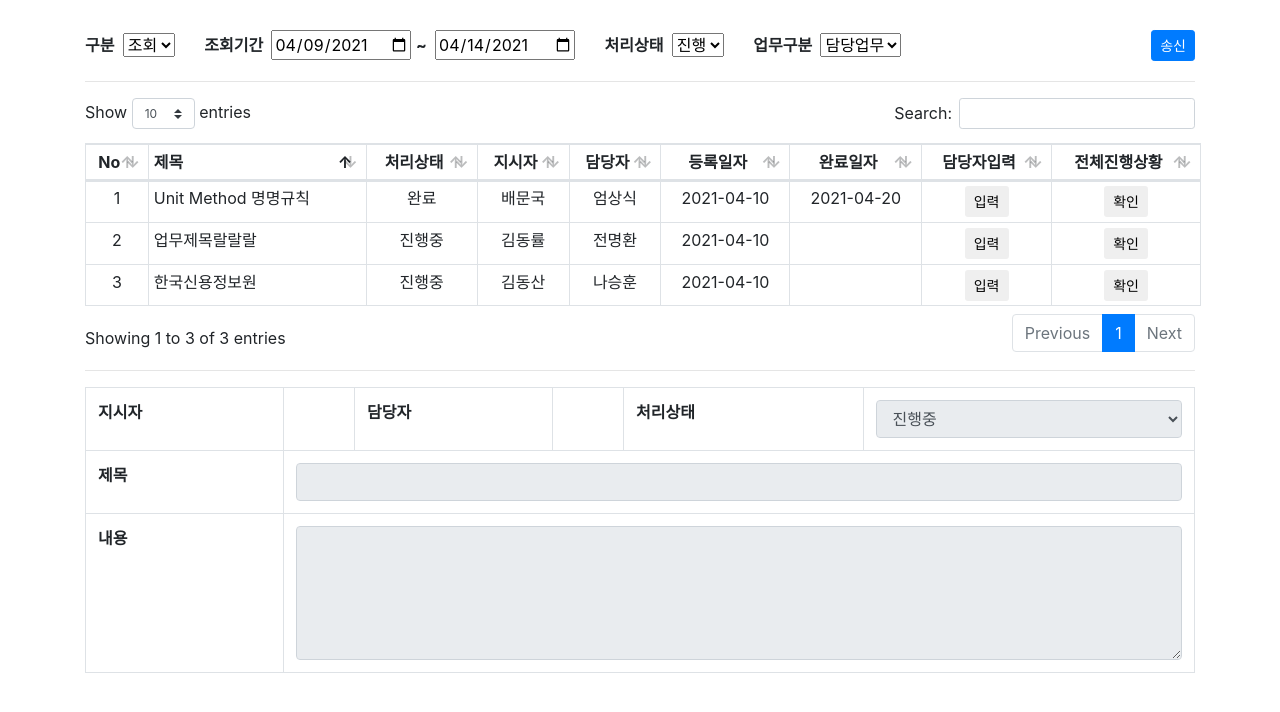
Repository: jungtaeyong/FSB_Project
Page: http://localhost/FsbJobMgt/main.jsp
An editor plug-in stored every save of this project. The page is shown before and after the next save, followed by the edit.
The browser window is 1280 px wide. The pictures show the whole page.
The page is served by Tomcat 9.

Above is the page before, as saved 2021-04-15 08:18:38.

### FsbJobMgt/WebContent/main.jsp
<%@ page language="java" contentType="text/html; charset=EUC-KR" pageEncoding="EUC-KR"%>
<%@ include file="/modal1_Adding.jsp" %>

<!DOCTYPE html PUBLIC "-//W3C//DTD HTML 4.01 Transitional//EN" "http://www.w3.org/TR/html4/loose.dtd">
<html>
<head>
<meta http-equiv="Content-Type" content="text/html; charset=EUC-KR">
<title>업무 관리</title>
</head>
<body>
<!-- jquery  -->
<script type="text/javascript" src="js/jquery-3.6.0.min.js"></script>

<!-- bootstrap -->
<link rel="stylesheet" type="text/css" href="lib/Bootstrap-4-4.1.1/css/bootstrap.min.css"/>
<script type="text/javascript" src="lib/Bootstrap-4-4.1.1/js/bootstrap.min.js"></script>

<!-- datatables -->
<link rel="stylesheet" type="text/css" href="lib/DataTables-1.10.24/css/dataTables.bootstrap4.min.css"/>
<script type="text/javascript" src="lib/DataTables-1.10.24/js/jquery.dataTables.min.js"></script>
<script type="text/javascript" src="lib/DataTables-1.10.24/js/dataTables.bootstrap4.min.js"></script>
<script>
$(document).ready(function() {
	/* 초기 조회 조건 세팅 */
	$('#REQUEST_TYPE').val('1'); //구분
	$('#BZWR_STS').val('01'); //처리상태
	$('#BZWR_DSTC').val('2'); //업무구분

	let befor7days= new Date();
	befor7days.setDate(befor7days.getDate()-5);
	document.getElementById('FROM_DATE').valueAsDate = befor7days; //FROM_DATE
	document.getElementById('TO_DATE').valueAsDate = new Date(); //TO_DATE

	/* 테이블 초기 로딩 */
	setTable();

	/* 송신버튼 */
	$('#action_submit').click(function(){
		let dvcd = $('#REQUEST_TYPE').val();
		if(dvcd=='1'){
			alert('조회');
			setTable();
		}else if(dvcd=='2'){
			alert('등록');
			createNewJob();
		}else if(dvcd=='3'){
			alert('변경');
			updateJob();
		}
	});

	/* 구분 변경 이벤트 처리 */
	$('#REQUEST_TYPE').change(function() {
		let dvcd = $('#REQUEST_TYPE').val();
		if(dvcd=='1'){
			$('#BZWR_EXC_CHGR_BTN').hide();
			$('#BZWR_STS_2').attr("disabled",true);
			$('#BZWR_TTL').attr("disabled",true);
			$('#BZWR_CNTN').attr("disabled",true);
		}else if(dvcd=='2'){
			$('#BZWR_INDC_CHGR').text('로그인 유저');
			$('#BZWR_EXC_CHGR').text('');
			$('#BZWR_EXC_CHGR_BTN').show();
			$('#BZWR_STS_2').attr("disabled",true);
			$('#BZWR_TTL').val("");
			$('#BZWR_CNTN').val("");
			$('#BZWR_TTL').removeAttr("disabled");
			$('#BZWR_CNTN').removeAttr("disabled");
		}else if(dvcd=='3'){
			$('#BZWR_EXC_CHGR_BTN').show();
			$('#BZWR_STS_2').removeAttr("disabled");
			$('#BZWR_TTL').removeAttr("disabled");
			$('#BZWR_CNTN').removeAttr("disabled");
		}
	});

} );

/* 테이블 데이터 로딩 및 기능 세팅 */
function setTable(){
	/* 테이블 데이터 로딩 */
	let jobList = $('#job_list').DataTable( {
        ajax : {
        	url : 'lib/testJson2.json',
        	data : {
        		REQUEST_TYPE:$('#REQUEST_TYPE').val(),
        		FROM_DATE:$('#FROM_DATE').val(),
        		TO_DATE:$('#TO_DATE').val(),
        		BZWR_STS:$('#BZWR_STS').val(),
        		BZWR_DSTC:$('#BZWR_DSTC').val()
        	}
        },
        columns : [
			{data: null },
			{data: "BZWR_TTL" },
            {data: "BZWR_STS", render : function ( data, type, row, meta ) {
            	if(data=="01"){
            		return '진행중';
            	}else if(data=="02"){
            		return '완료';
            	}
            }},
            {data: "BZWR_INDC_CHGR_TXT" },
            {data: "BZWR_EXC_CHGR_TXT" },
            {data: "BZWR_REG_DT" },
            {data: "BZWR_CMPL_DT" },
            {data: null , render : function ( data, type, row, meta ) {
                return '<button name="first_btn" class="btn btn-sm btn-default">입력</button>'
            }},
            {data: null , render : function ( data, type, row, meta ) {
                return '<button name="second_btn" class="btn btn-sm btn-default">확인</button>'
            }}
        ],
        columnDefs: [{ className: 'text-center', targets: [0,2,3,4,5,6,7,8] }],
        order: [[ 1, 'asc' ]]
    } );

	/* 테이블 Index 생성을 위한 함수 */
	jobList.on( 'order.dt search.dt', function () {
		jobList.column(0, {search:'applied', order:'applied'}).nodes().each( function (cell, i) {
            cell.innerHTML = i+1;
        } );
    } ).draw();

	/* 테이블 클릭 이벤트  -> 클릭한 row에 해당하는 데이터를 상세 정보에 보여줌*/
	$('#job_list tbody').on('click', 'td:nth-child(-n+7)', function () {
		let data = jobList.row( this ).data();
        console.log(data);

		if($('#REQUEST_TYPE').val()!='2'){ //"구분-등록" 상태면 반응 없음.
	        $('#BZWR_INDC_CHGR').text(data.BZWR_INDC_CHGR_TXT); //지시자
	        $('#BZWR_EXC_CHGR').text(data.BZWR_EXC_CHGR_TXT); //담당자
	        $('#BZWR_STS_2').val(data.BZWR_STS); //처리상태(업무상태)
	        $('#BZWR_TTL').val(data.BZWR_TTL); //제목
	        $('#BZWR_CNTN').val(data.BZWR_CNTN); //내용
	        if($('#REQUEST_TYPE').val()=='1' || data.BZWR_STS=='02'){
	        	$('#BZWR_EXC_CHGR_BTN').hide();
				$('#BZWR_STS_2').attr("disabled",true);
				$('#BZWR_TTL').attr("disabled",true);
				$('#BZWR_CNTN').attr("disabled",true);
	        }else{
	        	$('#BZWR_EXC_CHGR_BTN').show();
				$('#BZWR_STS_2').removeAttr("disabled");
				$('#BZWR_TTL').removeAttr("disabled");
				$('#BZWR_CNTN').removeAttr("disabled");
	        }
		}
    } );

	/* 선택된  row 하이라이트 */
	$('#job_list tbody').on('click', 'tr', function() {
		$('#job_list tbody > tr').css('background-color','#ffffff');
		$(this).css('background-color','#f0f5f5');
	});

	/* 테이블 버튼 이벤트(담당자입력) */
	$('#job_list tbody').on( 'click', 'button[name="first_btn"]', function () {
        let data = jobList.row( $(this).parents('tr') ).data();
		//console.log("First Button",data);
		setData(data); //모달 페이지로 데이터를 전달하기 위한 함수
		$('#exampleModal').modal();
    } );

	/* 테이블 버튼 이벤트(전체진행상황) */
	$('#job_list tbody').on( 'click', 'button[name="second_btn"]', function () {
        let data = jobList.row( $(this).parents('tr') ).data();
		//console.log("Second Button",data);
        setData(data); //모달 페이지로 데이터를 전달하기 위한 함수
		$('#exampleModalCenter').modal();
    } );
}

/* 등록 */
function createNewJob(){
	$.ajax({
		url:'',
		dataType:'application/json',
		data : {
			REQUEST_TYPE:$('#REQUEST_TYPE').val(), //구분(조회,등록,변경)
			BZWR_DSTC:$('#BZWR_DSTC').val(), //업무구분
			BZWR_INDC_CHGR:'로그인 유저', //업무지시담당자
			BZWR_EXC_CHGR:'담당자', //업무수행담당자
			BZWR_STS:'1', //업무상태 (등록 시 진행으로 세팅)
			BZWR_TTL:$('#BZWR_TTL').val(), //업무제목
			BZWR_CNTN:$('#BZWR_CNTN').val() //업무내용
		},
		success:function(data){
			alert('등록 되었습니다.');
	   }
	})
}

/* 변경 */
function updateJob(){
	$.ajax({
		url:'',
		dataType:'application/json',
		data : {
			REQUEST_TYPE:$('#REQUEST_TYPE').val(), //구분(조회,등록,변경)
			BZWR_DSTC:$('#BZWR_DSTC').val(), //업무구분
			BZWR_EXC_CHGR:'담당자', //업무수행담당자
			BZWR_STS:$('#BZWR_STS_2').val(), //업무상태
			BZWR_TTL:$('#BZWR_TTL').val(), //업무제목
			BZWR_CNTN:$('#BZWR_CNTN').val() //업무내용
		},
		success:function(data){
			alert('변경 되었습니다.');
	   }
	})
}

</script>
<div class="container" style="margin-top:30px">
	<!-- 조회 조건 -->
	<div>
		<div>
			<label style="font-weight:bold;">구분&nbsp;</label>
			<select id="REQUEST_TYPE" style="margin-right:25px">
			    <option value="1">조회</option>
			    <option value="2">등록</option>
			    <option value="3">변경</option>
			</select>
			<label style="font-weight:bold">조회기간&nbsp;</label>
			<input type="date" id="FROM_DATE" style="width:140px" value=""/>
			<label style="font-weight:bold">~&nbsp;</label>
			<input type="date" id="TO_DATE" value=""  style="margin-right:25px;width:140px"/>
			<label style="font-weight:bold;">처리상태&nbsp;</label>
			<select id="BZWR_STS" style="margin-right:25px">
			    <option value="01">진행</option>
			    <option value="02">완료</option>
			    <option value="03">전체</option>
			</select>
			<label style="font-weight:bold;">업무구분&nbsp;</label>
			<select id="BZWR_DSTC">
			    <option value="1">지시업무</option>
			    <option value="2">담당업무</option>
			</select>
			<input type='button' id="action_submit" class="btn btn-sm btn-primary" style="float:right" value='송신'/>
		</div>
	</div>
	<hr/>
	<!-- 목록 -->
	<div>
		<table id="job_list" class="table table-sm table-bordered">
	        <thead>
	            <tr>
	            	<th>No</th>
	                <th>제목</th>
	                <th>처리상태</th>
	                <th>지시자</th>
	                <th>담당자</th>
	                <th>등록일자</th>
	                <th>완료일자</th>
	                <th>담당자입력</th>
	                <th>전체진행상황</th>
	            </tr>
	        </thead>
	    </table>
	</div>
	<hr/>
	<!-- 상세 -->
	<div>
		<table class="table table-bordered display">
			<tr>
				<th>지시자</th>
				<td id="BZWR_INDC_CHGR"></td>
				<th>담당자</th>
				<td>
					<span id="BZWR_EXC_CHGR"></span>
					<button id="BZWR_EXC_CHGR_BTN" class="btn btn-sm btn-info" style="display:none">선택</button>
				</td>
				<th>처리상태</th>
				<td>
					<select id="BZWR_STS_2" class="form-control input-sm" disabled>
					    <option value="01">진행중</option>
					    <option value="02">완료</option>
					</select>
				</td>
			</tr>
			<tr>
				<th>제목</th><td colspan="5"><input type="text" id="BZWR_TTL" class="form-control input-sm" disabled/></td>
			</tr>
			<tr>
				<th>내용</th><td colspan="5"><textarea ID="BZWR_CNTN" class="form-control input-sm" rows="5" disabled></textarea></td>
			</tr>
		</table>
	</div>
</div>
</body>
</html>

### FsbJobMgt/WebContent/modal1_Adding.jsp
<%@ page language="java" contentType="text/html; charset=EUC-KR"
    pageEncoding="EUC-KR"%>
<!DOCTYPE html>

<html lang="en">
  <head>
    <!-- Required meta tags -->
    <meta charset="utf-8">
    <meta name="viewport" content="width=device-width, initial-scale=1, shrink-to-fit=no">

	<!-- jquery  -->
	<script type="text/javascript" src="js/jquery-3.6.0.min.js"></script>

	<!-- bootstrap -->
	<link rel="stylesheet" type="text/css" href="lib/Bootstrap-4-4.1.1/css/bootstrap.min.css"/>
	<script type="text/javascript" src="lib/Bootstrap-4-4.1.1/js/bootstrap.min.js"></script>




<!--     드롭다운 style -->
    <style>
	.dropbtn {
	  background-color: #4CAF50;
	  color: white;
	  padding: 16px;
	  font-size: 16px;
	  border: none;
	}

	.dropdown {
	  position: relative;
	  display: inline-block;
	}

	.dropdown-content {
	  display: none;
	  position: absolute;
	  background-color: #f1f1f1;
	  min-width: 160px;
	  box-shadow: 0px 8px 16px 0px rgba(0,0,0,0.2);
	  z-index: 1;
	}

	.dropdown-content a {
	  color: black;
	  padding: 12px 16px;
	  text-decoration: none;
	  display: block;
	}

	.dropdown-content a:hover {background-color: #ddd;}

	.dropdown:hover .dropdown-content {display: block;}

	.dropdown:hover .dropbtn {background-color: #3e8e41;}
	</style>

  </head>
  <script>
	function setData(data){
		let dataObjFromMain; //dataObjFromMain.JOB_CD 처럼 접근해서 사용.
		dataObjFromMain=data;
		console.log('dataObjFromMain',dataObjFromMain); //확인용

		/* 여기에 DB에 데이터 요청하고 받아오고 view에 적용하는 로직 작성 */
	}
  </script>
  <body>
    <!--
    <h1>In Page</h1>
	<button type="button" class="btn btn-primary" data-toggle="modal" data-target="#exampleModal" data-whatever="@mdo">담당자 추가</button>
	-->


	<!-- 	### 담당자 추가 -->
	<div class="modal fade" id="exampleModal" tabindex="-1" role="dialog" aria-labelledby="exampleModalLabel" aria-hidden="true">
	  <div class="modal-dialog" role="document">
	    <div class="modal-content">
	      <div class="modal-header">
	        <h5 class="modal-title" id="exampleModalLabel">담당자 추가</h5>
	        <button type="button" class="close" data-dismiss="modal" aria-label="Close">
	          <span aria-hidden="true">&times;</span>
	        </button>
	      </div>

	      <div class="modal-body">
		    <b>최초 지시자&emsp;</b> <em>OOO</em>
		    &emsp;&emsp;&emsp;&emsp;&emsp;
		    <b>현재 담당자&emsp;</b> <em>OOO</em>

	     	<br/><br/>

			<table>
				<tr><!--행(row)선언-->
	                <th><b>추가 담당자</b></th>


	                	<!-- <input type="text" name = "UserID" value="" placeholder = "담당자 입력" style="width:100px; right:30%;"/> -->
	                	<!-- <input type="text" class="form-control" id="recipient-name" style="width:100px; padding-left:10px"> -->
	                	<td>
	                	&emsp;
	                		<select name="solar_birth_yn" id="solar_birth_yn">
		                		<option value="none">부 서</option>
		 				       	<option value="1">IT</option>
					       	 	<option value="2">일반본부</option>
					   		</select>
					   	&emsp;
					   		<select name="solar_birth_yn" id="solar_birth_yn">
		                		<option value="none">팀</option>
		 				       	<option value="1">계정운영팀</option>
					       	 	<option value="2">계정개발팀</option>
					   		</select>
					   	&emsp;
					   		<select name="solar_birth_yn" id="solar_birth_yn">
		                		<option value="none">사원</option>
		 				       	<option value="1">홍길동</option>
					       	 	<option value="2">김동율</option>
					   		</select>
					    </td>

	                <!-- <th rowspan="2"><input type="submit" value="로그인"/></th> -->
        	    </tr>
			</table>


			<hr>

	        <form>
	          <div class="form-group">
	            <label for="recipient-name" class="col-form-label">제 목</label>
	            <input type="text" class="form-control" id="recipient-name">
	          </div>
	          <div class="form-group">
	            <label for="message-text" class="col-form-label">내 용</label>
	            <textarea class="form-control" id="message-text" style="height:100px"></textarea>
	          </div>
	        </form>
	      </div>

	      <div class="modal-footer">
	        <button type="button" class="btn btn-secondary" data-dismiss="modal">닫기</button>
	        <button type="button" class="btn btn-primary">등록</button>
	      </div>
	    </div>
	  </div>
	</div>

	<!-- 	### 지시현황 체크 -->
		<!-- Button trigger modal -->
	<!--
	<button type="button" class="btn btn-primary" data-toggle="modal" data-target="#exampleModalCenter">
	  지시현황
	</button>
	-->

	<!-- Modal -->
	<div class="modal fade" id="exampleModalCenter" tabindex="-1" role="dialog" aria-labelledby="exampleModalCenterTitle" aria-hidden="true">
	  <div class="modal-dialog modal-dialog-centered" role="document">
	    <div class="modal-content">
	      <div class="modal-header">
	        <h5 class="modal-title" id="exampleModalCenterTitle">지시현황</h5>
	        <button type="button" class="close" data-dismiss="modal" aria-label="Close">
	          <span aria-hidden="true">&times;</span>
	        </button>
	      </div>

	      <div class="modal-body">
		     <table class="table">
				 <thead>
				   <tr>
				      <th>지시자</th>
				      <th>담당자</th>
				      <th>처리 상태</th>
   				      <th>지시 일자</th>
				   </tr>
				 </thead>
				 <tbody>
				   <tr>
				      <td>John</td>
				      <td>Doe</td>
				      <td>진행중</td>
				      <td>2021.03.01</td>
				   </tr>
				   <tr>
				      <td>Doe</td>
				      <td>Moe</td>
				      <td>진행중</td>
   				      <td>2021.04.02</td>
				   </tr>
				   <tr>
				      <td>Moe</td>
				      <td>Ryul</td>
				      <td>완료</td>
				      <td>2021.04.10</td>
				   </tr>
				 </tbody>
			</table>
	      </div>

	      <div class="modal-footer">
	        <button type="button" class="btn btn-secondary" data-dismiss="modal">닫기</button>
	      </div>
	    </div>
	  </div>
</div>




 </body>
</html>

### FsbJobMgt/WebContent/lib/testJson2.json
{
  "data": [
    {
      "BZWR_DSTC": "1",
      "JOB_CD": "20210410123456",
      "SQNO": "1",
      "BZWR_STS": "01",
      "BZWR_REG_DT": "2021-04-10",
      "BZWR_CMPL_DT": "",
      "BZWR_INDC_CHGR": "221001",
      "BZWR_INDC_CHGR_TXT": "김동률",
      "BZWR_EXC_CHGR":"221002",
      "BZWR_EXC_CHGR_TXT":"전명환",
      "BZWR_TTL":"업무제목랄랄랄",
      "BZWR_CNTN":"업무내용호롤롤롤"
    },
    {
      "BZWR_DSTC": "1",
      "JOB_CD": "20210410153215",
      "SQNO": "2",
      "BZWR_STS": "01",
      "BZWR_REG_DT": "2021-04-10",
      "BZWR_CMPL_DT": "",
      "BZWR_INDC_CHGR": "221001",
      "BZWR_INDC_CHGR_TXT": "김동산",
      "BZWR_EXC_CHGR":"221002",
      "BZWR_EXC_CHGR_TXT":"나승훈",
      "BZWR_TTL":"한국신용정보원",
      "BZWR_CNTN":"일반신용정보관리규약 실무 해설"
    },
    {
      "BZWR_DSTC": "1",
      "JOB_CD": "20210410095031",
      "SQNO": "3",
      "BZWR_STS": "02",
      "BZWR_REG_DT": "2021-04-10",
      "BZWR_CMPL_DT": "2021-04-20",
      "BZWR_INDC_CHGR": "221001",
      "BZWR_INDC_CHGR_TXT": "배문국",
      "BZWR_EXC_CHGR":"221002",
      "BZWR_EXC_CHGR_TXT":"엄상식",
      "BZWR_TTL":"Unit Method 명명규칙",
      "BZWR_CNTN":"피대문자 어플리케이션코드 세자리 대문자 업무구분코드"
    }
 ]
}

Loaded but not shown: FsbJobMgt/WebContent/js/jquery-3.6.0.min.js (library); FsbJobMgt/WebContent/lib/Bootstrap-4-4.1.1/css/bootstrap.min.css (library); FsbJobMgt/WebContent/lib/Bootstrap-4-4.1.1/js/bootstrap.min.js (library); FsbJobMgt/WebContent/lib/DataTables-1.10.24/css/dataTables.bootstrap4.min.css (library); FsbJobMgt/WebContent/lib/DataTables-1.10.24/js/jquery.dataTables.min.js (library); FsbJobMgt/WebContent/lib/DataTables-1.10.24/js/dataTables.bootstrap4.min.js (library)

After the next save:
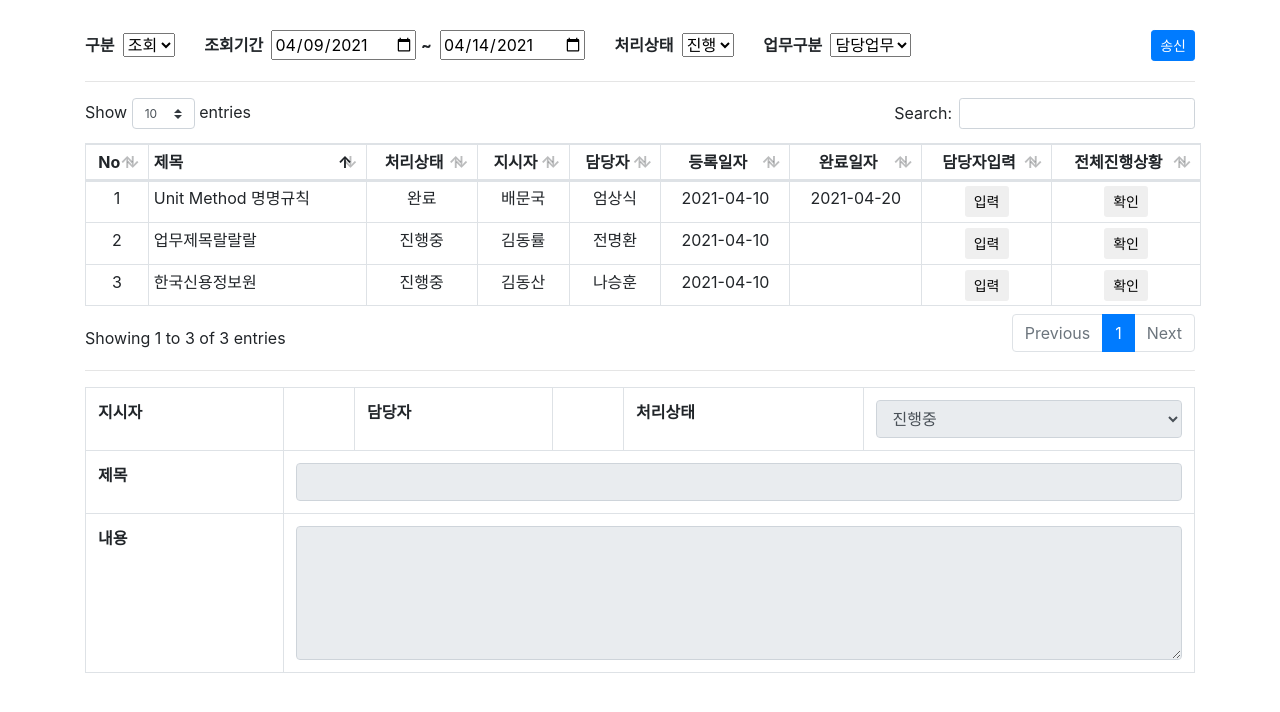
Saved 4 min 12 s later.
--- a/FsbJobMgt/WebContent/main.jsp
+++ b/FsbJobMgt/WebContent/main.jsp
@@ -221,9 +221,9 @@ function updateJob(){
 			    <option value="3">변경</option>
 			</select>
 			<label style="font-weight:bold">조회기간&nbsp;</label>
-			<input type="date" id="FROM_DATE" style="width:140px" value=""/>
+			<input type="date" id="FROM_DATE" style="width:145px" value=""/>
 			<label style="font-weight:bold">~&nbsp;</label>
-			<input type="date" id="TO_DATE" value=""  style="margin-right:25px;width:140px"/>
+			<input type="date" id="TO_DATE" value=""  style="margin-right:25px;width:145px"/>
 			<label style="font-weight:bold;">처리상태&nbsp;</label>
 			<select id="BZWR_STS" style="margin-right:25px">
 			    <option value="01">진행</option>
